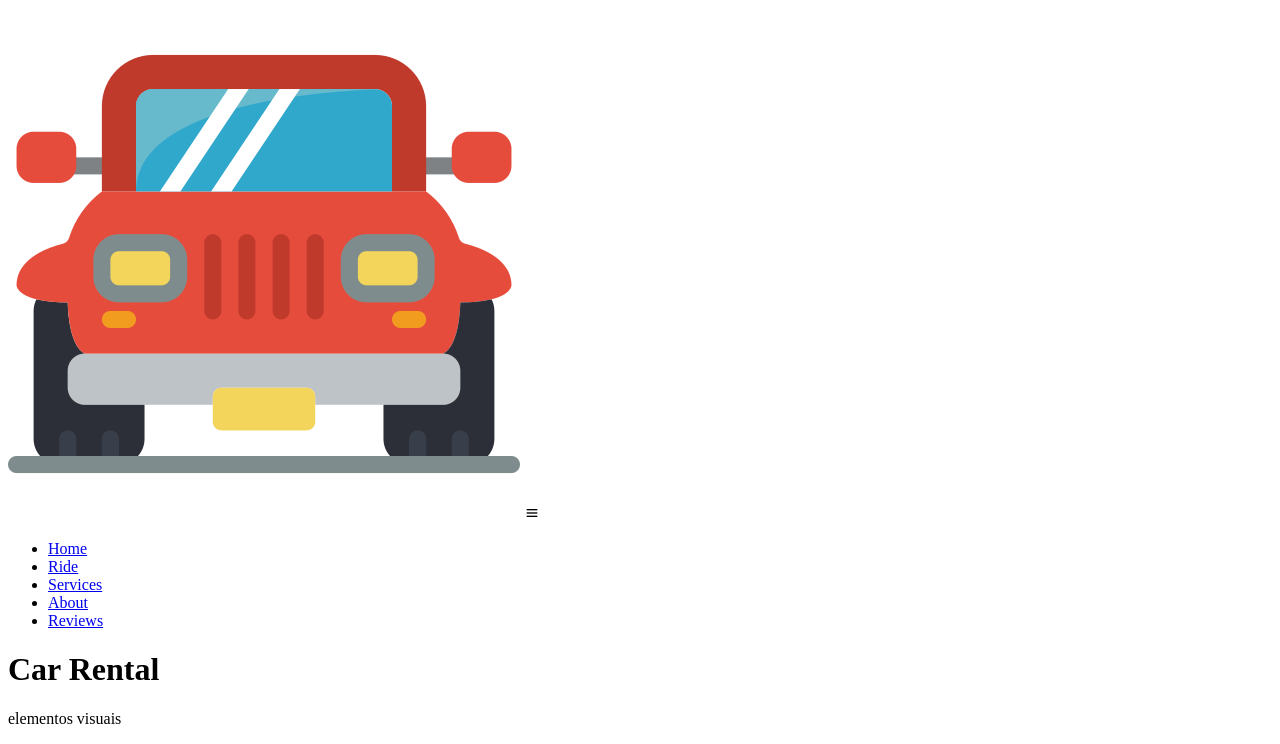
Repository: douglasabnovato/car-rental
Page: index.html
The author's editor kept a copy of each file at every save. The page is drawn from the files as they stood at one save, then again after the next save.
The browser window is 1280 px wide. The pictures show the whole page.

Above is the page before, as saved 2025-05-15 18:18:24.

After the next save:
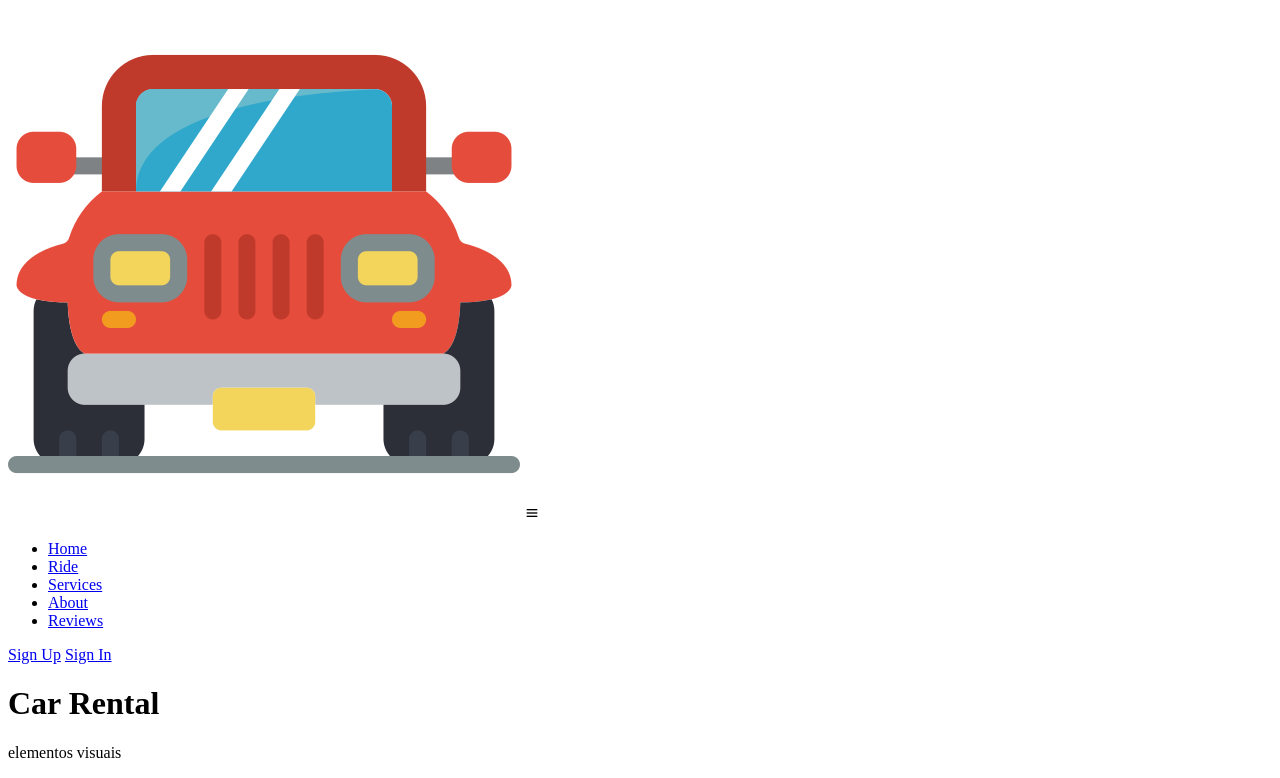
Saved 37 s later.
--- a/index.html
+++ b/index.html
@@ -23,6 +23,10 @@
         <li><a href="#about">About</a></li>
         <li><a href="#reviews">Reviews</a></li>
       </ul>
+      <div class="header-btn">
+        <a href="#" class="sign-up">Sign Up</a>
+        <a href="#" class="sign-in">Sign In</a>
+      </div>
     </header>
     <h1>Car Rental</h1>
     <p>elementos visuais</p>
